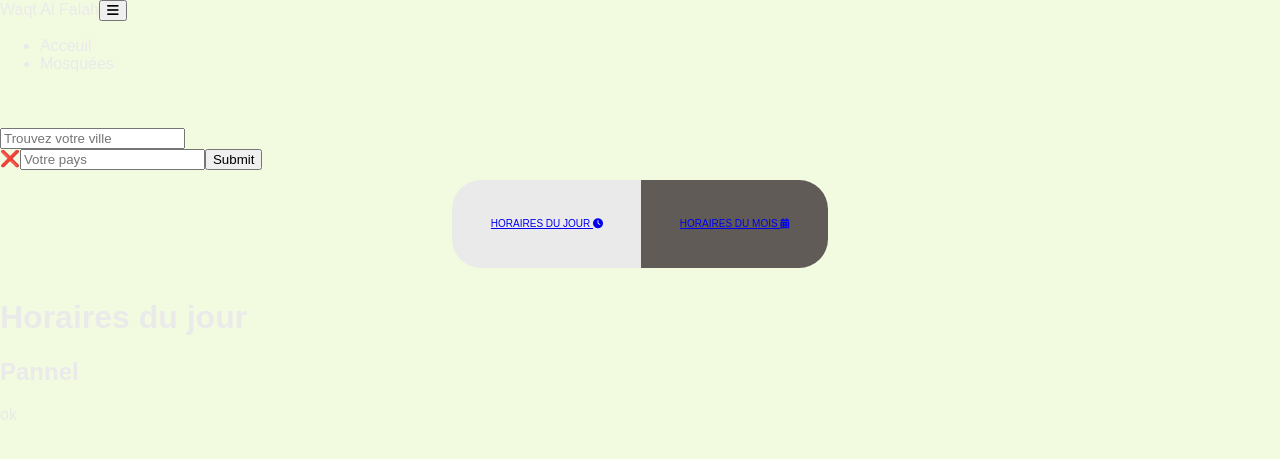
Repository: Lhourquin/Repo-Developpement-React-Prayer-Times
Page: /
These files come from the project's save history. The page is drawn as it stood at one moment and after the next save; the edit follows.
The browser window is 1280 px wide. The pictures show the whole page.
The page's requests for data from a server got no answer. Some web libraries are served in a nearby version. The project was rebuilt for these pictures with package versions that can differ from the ones it lists, and the page was loaded fresh each time. No one was signed in, and anything a server would have sent is missing. Also part of the build but not shown: src/components/navbar/NavBar.css, src/components/search-bar/searchbar.css, src/components/calendar-list/row-list.css, src/components/calendar-list/row-list.component.jsx, src/components/Calendar.js, src/components/day-list/horaireslist.css, src/components/time-table-pannel/pannel.css, src/components/DateNow.js.

Above is the page before, as saved 2022-01-30 18:10:22.

### public/index.html
<!doctype html>
<html lang="en">
  <head>
    <meta charset="utf-8">
    <meta name="viewport" content="width=device-width, initial-scale=1">
    <!--
      Notice the use of %PUBLIC_URL% in the tag above.
      It will be replaced with the URL of the `public` folder during the build.
      Only files inside the `public` folder can be referenced from the HTML.

      Unlike "/favicon.ico" or "favicon.ico", "%PUBLIC_URL%/favicon.ico" will
      work correctly both with client-side routing and a non-root public URL.
      Learn how to configure a non-root public URL by running `npm run build`.

    -->
    <script src="https://kit.fontawesome.com/565d41f5d4.js" crossorigin="anonymous"></script>
    <title>React App</title>
  </head>
  <body>
    <div id="root"></div>
    <!--
      This HTML file is a template.
      If you open it directly in the browser, you will see an empty page.

      You can add webfonts, meta tags, or analytics to this file.
      The build step will place the bundled scripts into the <body> tag.

      To begin the development, run `npm start`.
      To create a production bundle, use `npm run build`.
    -->
  </body>
</html>

### src/index.js
import React from 'react';
import ReactDOM from 'react-dom';
import App from './App';
import { BrowserRouter } from 'react-router-dom';
import './index.css';


ReactDOM.render(
  <BrowserRouter>
    <App />
  </BrowserRouter>,
  document.getElementById('root')
);

### src/App.js
import React, { Component } from "react";
import { NavBar } from "./components/navbar/NavBar";
import { SearchBar } from "./components/search-bar/SearchBar";
import NavBarTodayAndMounth from "./components/navbar-today-mounth/NavBarTodayAndMounth";
import Calendar from "./components/Calendar";
import Day from "./components/Day";
import { Routes, Route} from "react-router-dom";

//import { HorairesList } from "./components/day-list/horaires.list";
import "./App.css";

class App extends Component {
  render() {
    return (
      <>
      <header>
        <NavBar/>
          <SearchBar/>
          <NavBarTodayAndMounth />
      </header>


          <Routes>
            <Route path="/" element={<Day/>} />
            <Route path="/calendar" element={<Calendar/>}/>
          </Routes>
      </>
    );
  }
}

export default App;

### src/components/navbar/NavBar.js
import React, { useState } from "react";
import "./NavBar.css";

export const NavBar = () => {
  const [buttonBurgerIsClicked, setButtonBurgerIsClicked] = useState(false);

  const handleNavButtonBurgerClick = () => {
    setButtonBurgerIsClicked((isFalse) => !isFalse);
  };

  return (
    <nav className="NavBar__nav" style={(buttonBurgerIsClicked ? {}: {height : 128})}>
        <span className="NavBar__nav__span--site-name">Waqt Al Falah</span>
        <button
          className="NavBar__nav__button--button-burger"
          onClick={handleNavButtonBurgerClick}
        >
          <i className="fas fa-bars web-font NavBar__nav__button__i--button-burger"></i>
        </button>

      <ul
        className={
          "NavBar__nav__ul " +
          (buttonBurgerIsClicked ? "closeNavigation" : "openNavigation ")
        }
      >
        <li className="NavBar__nav__ul__li--home">Acceuil</li>
        <li className="NavBar__nav__ul__li--masjid">Mosquées</li>
      </ul>
    </nav>
  );
};

### src/components/search-bar/SearchBar.js
import React, { useState } from "react";
import "./searchbar.css";

export const SearchBar = ({ handleChange }) => {
  const [toggleInput, setToggleInput] = useState(true);

  const handleToggle = () => {
    console.log(toggleInput);
    setToggleInput(false);
  };

  const closeSearch = () => {
    setToggleInput(true);
  };

  return (
    <form className="SearchBar__form">
      {/*
      <div className="SearchBar__form__div--container-parametter-degree">
        <button className="SearchBar__form__div--container__button"><i className="fas fa-ruler-combined"></i></button>
      </div>
      */}
      <div className="form__div--find-city-container">
        <input
          className="form__input--city"
          type="text"
          name="city"
          placeholder={toggleInput ? "Trouvez votre ville" : "Votre ville"}
          onClick={handleToggle}
        />
      </div>
      <div className={toggleInput ? "isClose" : " isOpen"}>
        <span className="cross" onClick={closeSearch}>
          ❌
        </span>
        <input
          className="form__input--country"
          type="text"
          name="country"
          placeholder="Votre pays"
        />

        <button>Submit</button>
      </div>
    </form>
  );
};

### src/components/navbar-today-mounth/NavBarTodayAndMounth.js
import React from "react";
import { Link } from "react-router-dom";
import "./navbar-today-and-mounth.css";
const NavBarTodayAndMounth = () => {
  return (
    <nav className="NavBarTodayAndMounth__nav">
      <ul className="NavBarTodayAndMounth__nav__ul">
        <li className="NavBarTodayAndMounth__nav__ul__li--today raise">
          <Link to="/" className="NavBarTodayAndMounth__nav__ul__li__Link">
            HORAIRES DU JOUR                  <i className="fa-solid fa-clock"></i>{" "}

          </Link>
        </li>
        <li className="NavBarTodayAndMounth__nav__ul__li--month raise">
          <Link
            to="/calendar"
            className="NavBarTodayAndMounth__nav__ul__li__Link"
          >
            HORAIRES DU MOIS          <i className="fa-solid fa-calendar-days"></i>

          </Link>
        </li>
      </ul>
    </nav>
  );
};

export default NavBarTodayAndMounth;

### src/components/Day.js
import React, { Component } from "react";
import { HorairesList } from "./day-list/horaireslist.component";
import { Pannel } from "./time-table-pannel/pannel.component";
import CountDown from "./CountDown";


class Day extends Component {
  constructor() {
    super();
    this.state = {
      today: [],
      searchField: "Paris",
    };
  }

  componentDidMount() {
    fetch(
      `https://api.aladhan.com/v1/timingsByCity?country=France&method=2&city=${this.state.searchField}`
    )
      .then((Response) => Response.json())
      .then((result) => this.setState({ today: [result] }));
  }

  render() {
    return (
      <div>
        <h1>Horaires du jour</h1>

        <HorairesList today={this.state.today} />
        <h2>Pannel</h2>
        <Pannel today={this.state.today} searchField={this.state.searchField} />
        <CountDown/>

      </div>
    );
  }
}

export default Day;

### src/App.css
@import url('https://fonts.googleapis.com/css2?family=Nunito:wght@200&display=swap');
body{
  background : #F2FBE0;
  background-attachment: fixed;
  color : #EAEAEA;
  font-family: 'Nunito', sans-serif;
  margin : 0;
}

### src/components/navbar-today-mounth/navbar-today-and-mounth.css
.NavBarTodayAndMounth__nav {
  display: -webkit-box;
  display: -ms-flexbox;
  display: flex;
  -webkit-box-pack: center;
      -ms-flex-pack: center;
          justify-content: center;
}

.NavBarTodayAndMounth__nav .NavBarTodayAndMounth__nav__ul {
  list-style: none;
  display: -webkit-box;
  display: -ms-flexbox;
  display: flex;
  -webkit-box-pack: center;
      -ms-flex-pack: center;
          justify-content: center;
  padding: 0%;
  font-size: 10px;
  width: 100%;
  text-align: center;
}

.NavBarTodayAndMounth__nav .NavBarTodayAndMounth__nav__ul .NavBarTodayAndMounth__nav__ul__li__Link-today {
  -webkit-text-decoration-line: none;
          text-decoration-line: none;
  color: #605b56;
}

.NavBarTodayAndMounth__nav .NavBarTodayAndMounth__nav__ul .NavBarTodayAndMounth__nav__ul__li__Link-mounth {
  -webkit-text-decoration-line: none;
          text-decoration-line: none;
  color: #eaeaea;
}

.NavBarTodayAndMounth__nav .NavBarTodayAndMounth__nav__ul .NavBarTodayAndMounth__nav__ul__li--today {
  border-top: 0;
  border-bottom: 0;
  border-left: 0;
  border-right: 0;
  border-style: solid;
  border-radius: 29px 0 0 29px;
  padding: 3%;
  background-color: #eaeaea;
}

.NavBarTodayAndMounth__nav .NavBarTodayAndMounth__nav__ul .NavBarTodayAndMounth__nav__ul__li--month {
  border-top: 0;
  border-bottom: 0;
  border-left: 0;
  border-right: 0;
  border-style: solid;
  border-radius: 0 29px 29px 0;
  padding: 3%;
  background-color: #605b56;
}
/*# sourceMappingURL=navbar-today-and-mounth.css.map */

### src/components/day-list/horaireslist.component.jsx
import React from "react";
import "./horaireslist.css";
export const HorairesList = (props) => {
  //console.log(props.map(x=> x.data.data.timings.Fajr))
  return (
    <div>
      {props.today.map((obj, index) => (
        <div key={index}>
          <p>{obj.data.date.gregorian.date}</p>
          <p>{obj.data.timings.Fajr}</p>
          <p>{obj.data.timings.Sunrise}</p>
          <p>{obj.data.timings.Dhuhr}</p>
          <p>{obj.data.timings.Asr}</p>
          <p>{obj.data.timings.Maghrib}</p>
          <p>{obj.data.timings.Isha}</p>
        </div>
      ))}
    </div>
  );
};

### src/components/time-table-pannel/pannel.component.jsx
import React from "react";
import "./pannel.css";
import DateNow from "../DateNow";
export const Pannel = (props) => {

  return (
    <div>
      {props.today.map((obj, index) => (
        <div className="pannel" key={index}>
          <h2>{props.searchField}</h2>
          <DateNow/>
          <p>{obj.data.date.gregorian.date}</p>
          <p>{obj.data.timings.Fajr}</p>
          <p>{obj.data.timings.Sunrise}</p>
          <p>{obj.data.timings.Dhuhr}</p>
          <p>{obj.data.timings.Asr}</p>
          <p>{obj.data.timings.Maghrib}</p>
          <p>{obj.data.timings.Isha}</p>
        </div>
      ))}
    </div>
  );
};

### src/components/CountDown.js
import moment from "moment";
import React, { Component } from "react";

class CountDown extends Component {
  constructor() {
    super();
    this.state = {
      fajr: moment([7, 0], "HH:mm"),
    };
  }

  render() {
    return (
    <div>ok{console.log(this.state.fajr)}</div>
    )
  }

  /* let eventTime= 1366549200; // Timestamp - Sun, 21 Apr 2013 13:00:00 GMT
let currentTime = 1366547400; // Timestamp - Sun, 21 Apr 2013 12:30:00 GMT
let diffTime = eventTime - currentTime;
let duration = moment.duration(diffTime*1000, 'milliseconds');
let interval = 1000;

setInterval(function(){
  duration = moment.duration(duration - interval, 'milliseconds');
    $('.countdown').text(duration.hours() + ":" + duration.minutes() + ":" + duration.seconds())
}, interval);*/
}

export default CountDown;

Loaded but not shown: src/index.css (common file)

After the next save:
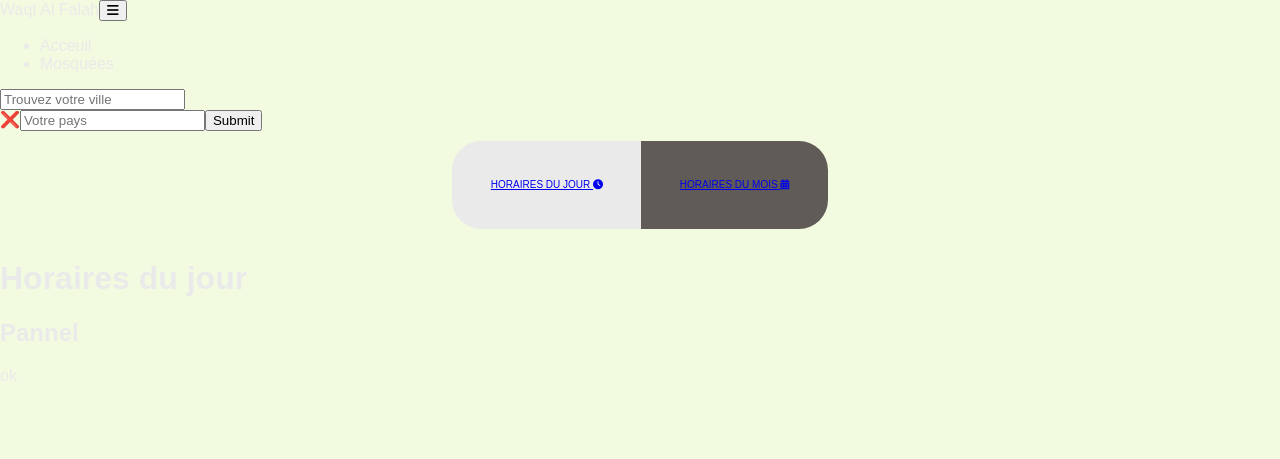
Saved 79 s later.
--- a/src/components/navbar/NavBar.js
+++ b/src/components/navbar/NavBar.js
@@ -2,7 +2,7 @@ import React, { useState } from "react";
 import "./NavBar.css";
 
 export const NavBar = () => {
-  const [buttonBurgerIsClicked, setButtonBurgerIsClicked] = useState(false);
+  const [buttonBurgerIsClicked, setButtonBurgerIsClicked] = useState(true);
 
   const handleNavButtonBurgerClick = () => {
     setButtonBurgerIsClicked((isFalse) => !isFalse);
